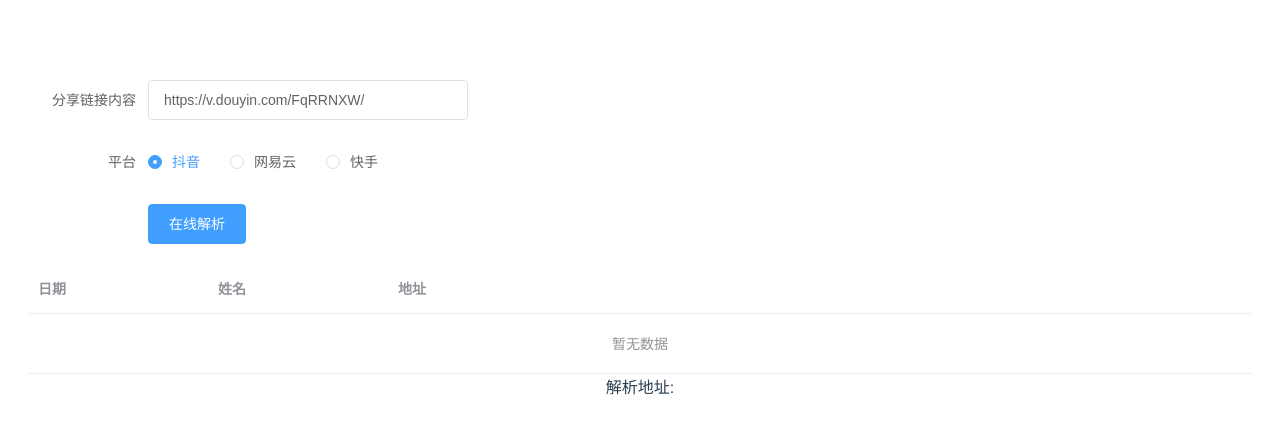
Repository: lyln/freepd
Page: / (app in frontend/freepd/)
These files come from the project's save history. The page is drawn as it stood at one moment and after the next save; the edit follows.
The browser window is 1280 px wide. The pictures show the whole page.
The project was rebuilt for these pictures with package versions that can differ from the ones it lists, and the page was loaded fresh each time.

Above is the page before, as saved 2022-05-22 23:39:32.

After the next save:
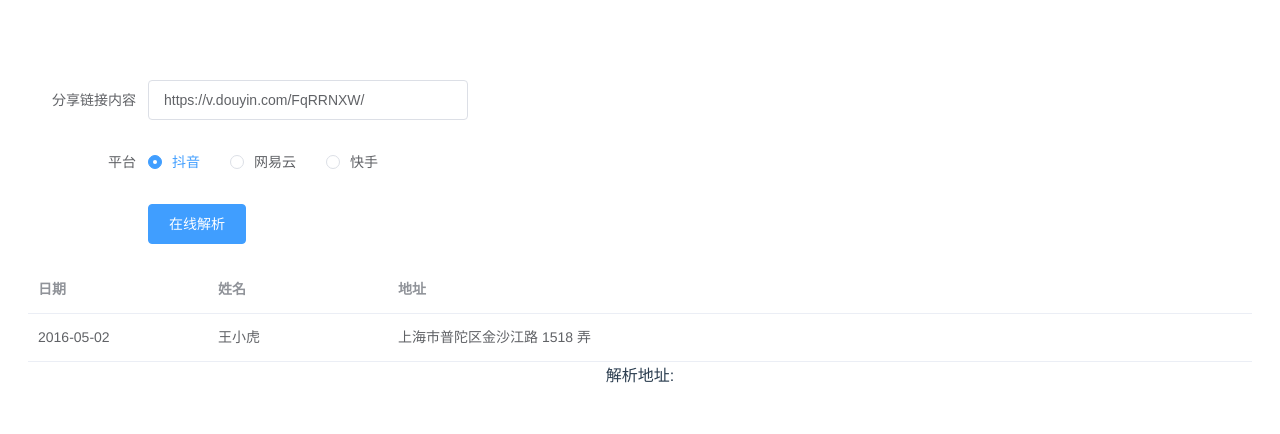
Saved 82 s later.
--- a/frontend/freepd/src/components/HelloWorld.vue
+++ b/frontend/freepd/src/components/HelloWorld.vue
@@ -50,6 +50,13 @@ export default {
 			data: {
 				video: { play: '' },
 			},
+			tableData: [
+				{
+					date: '2016-05-02',
+					name: '王小虎',
+					address: '上海市普陀区金沙江路 1518 弄',
+				},
+			],
 		}
 	},
 	methods: {
